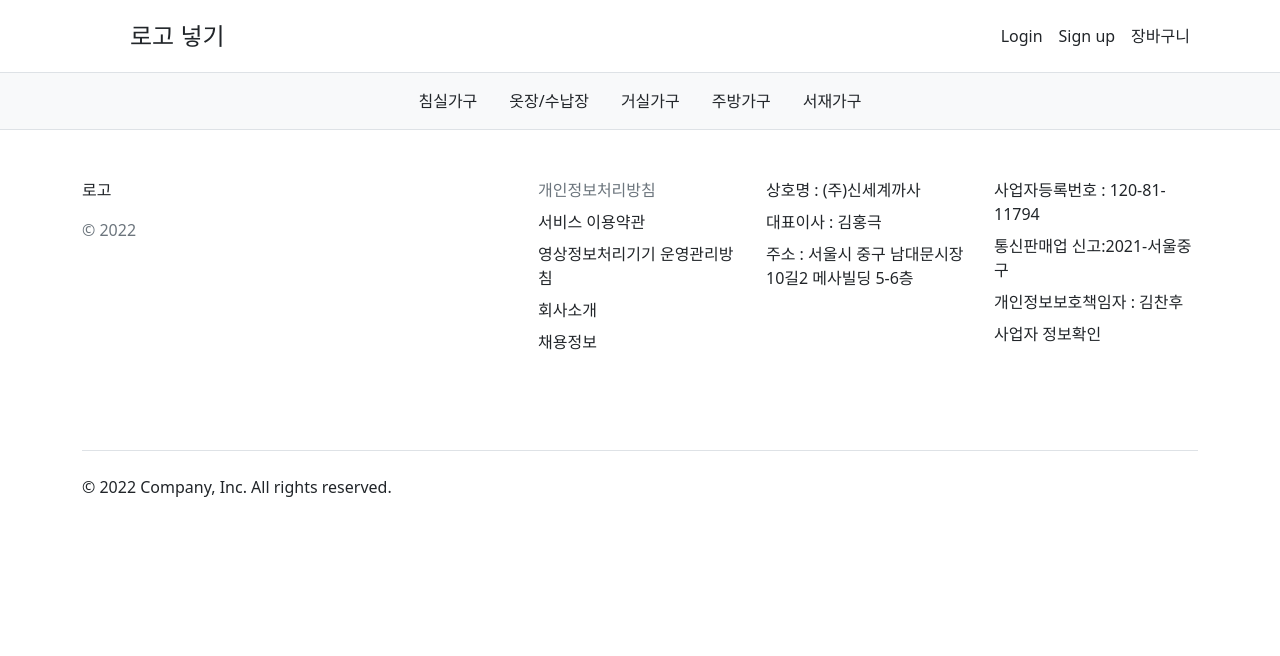
Repository: raoniee/Elice-House-Project
Page: FE/views/pages/main/item-list.html
These files come from the project's save history. The page is drawn as it stood at one moment and after the next save; the edit follows.
The browser window is 1280 px wide. The pictures show the whole page.

Above is the page before, as saved 2023-07-06 13:15:23.

### FE/views/pages/main/item-list.html
<!DOCTYPE html>
<html lang="ko">
  <head>
    <meta charset="UTF-8" />
    <meta http-equiv="X-UA-Compatible" content="IE=edge" />
    <meta name="viewport" content="width=device-width, initial-scale=1.0" />
    <title>Elice-House</title>
    <link
      href="https://cdn.jsdelivr.net/npm/bootstrap@5.2.3/dist/css/bootstrap.min.css"
      rel="stylesheet"
      integrity="sha384-rbsA2VBKQhggwzxH7pPCaAqO46MgnOM80zW1RWuH61DGLwZJEdK2Kadq2F9CUG65"
      crossorigin="anonymous"
    />
    <script
      src="../../components/header/header.js"
      type="module"
      defer
    ></script>
    <script
      src="../../components/footer/footer.js"
      type="module"
      defer
    ></script>
    <script src="./item-list.js" type="module" defer></script>
  </head>
  <body>
    <header class="header">
      <!-- header template로 삽입 -->
    </header>

    <main>
      <div class="menu_bar">
        <!-- menu_bar template로 삽입 -->
      </div>
      <div class="item_list">
        <!-- item_list_card template로 삽입 -->
      </div>
    </main>

    <footer class="footer">
      <!-- footer template로 삽입 -->
    </footer>

    <script
      src="https://cdn.jsdelivr.net/npm/bootstrap@5.2.3/dist/js/bootstrap.bundle.min.js"
      integrity="sha384-kenU1KFdBIe4zVF0s0G1M5b4hcpxyD9F7jL+jjXkk+Q2h455rYXK/7HAuoJl+0I4"
      crossorigin="anonymous"
    ></script>
  </body>
</html>

### FE/views/components/header/header.js
export const drawHeader = () => {
  let headerTemplate = `
  <div class="py-3 border-bottom">
      <div class="container d-flex flex-wrap justify-content-center">
        <a
          href="/"
          class="d-flex align-items-center mb-3 mb-lg-0 me-lg-auto text-dark text-decoration-none"
        >
          <svg class="bi me-2" width="40" height="32">
            <use xlink:href="#bootstrap" />
          </svg>
          <span class="fs-4">로고 넣기</span>
        </a>
        <ul class="nav">
          <li class="nav-item">
            <a href="" class="nav-link link-dark px-2">Login</a>
          </li>
          <li class="nav-item">
            <a href="" class="nav-link link-dark px-2">Sign up</a>
          </li>
          <li class="nav-item">
            <a href="" class="nav-link link-dark px-2">장바구니</a>
          </li>
        </ul>
      </div>
    </div>
    <nav class="py-2 bg-light border-bottom">
      <div class="container">
        <ul class="nav justify-content-center nav-pills">
          <li class="nav-item">
            <div class="dropdown text-end">
              <a
                href="#"
                class="d-block link-dark text-decoration-none nav-link"
                data-bs-toggle="dropdown"
                aria-expanded="false"
                >침실가구
              </a>
              <ul class="dropdown-menu text-small">
                <li><a class="dropdown-item" href="#">침대</a></li>
                <li><a class="dropdown-item" href="#">매트리스/토퍼</a></li>
                <li><a class="dropdown-item" href="#">화장대/콘솔/거울</a></li>
                <li><a class="dropdown-item" href="#">서랍장/협탁</a></li>
              </ul>
            </div>
          </li>
          <li class="nav-item">
            <div class="dropdown text-end">
              <a
                href="#"
                class="d-block link-dark text-decoration-none nav-link"
                data-bs-toggle="dropdown"
                aria-expanded="false"
                >옷장/수납장
              </a>
              <ul class="dropdown-menu text-small">
                <li><a class="dropdown-item" href="#">옷장/붙박이장</a></li>
                <li><a class="dropdown-item" href="#">드레스룸/행거</a></li>
              </ul>
            </div>
          </li>
          <li class="nav-item">
            <div class="dropdown text-end">
              <a
                href="#"
                class="d-block link-dark text-decoration-none nav-link"
                data-bs-toggle="dropdown"
                aria-expanded="false"
                >거실가구
              </a>
              <ul class="dropdown-menu text-small">
                <li><a class="dropdown-item" href="#">소파</a></li>
                <li><a class="dropdown-item" href="#">거실테이블</a></li>
                <li><a class="dropdown-item" href="#">거실장</a></li>
              </ul>
            </div>
          </li>
          <li class="nav-item">
            <div class="dropdown text-end">
              <a
                href="#"
                class="d-block link-dark text-decoration-none nav-link"
                data-bs-toggle="dropdown"
                aria-expanded="false"
                >주방가구
              </a>
              <ul class="dropdown-menu text-small">
                <li><a class="dropdown-item" href="#">식탁/테이블</a></li>
                <li><a class="dropdown-item" href="#">홈바/아일랜드식탁</a></li>
                <li><a class="dropdown-item" href="#">식탁세트</a></li>
              </ul>
            </div>
          </li>
          <li class="nav-item">
            <div class="dropdown text-end">
              <a
                href="#"
                class="d-block link-dark text-decoration-none nav-link"
                data-bs-toggle="dropdown"
                aria-expanded="false"
                >서재가구
              </a>
              <ul class="dropdown-menu text-small">
                <li><a class="dropdown-item" href="#">책상/책장/ACC</a></li>
                <li><a class="dropdown-item" href="#">서재의자</a></li>
              </ul>
            </div>
          </li>
        </ul>
      </div>
    </nav>
    `;
  // .header 부분에 header.html을 삽입
  const headerTag = document.querySelector(".header");
  headerTag.innerHTML = headerTemplate;
};

### FE/views/components/footer/footer.js
export const drawFooter = () => {
  let footerTemplate = `
        <div class="container">
      <div class="row py-5">
        <div class="col mb-3">
          <a
            href="/"
            class="d-flex align-items-center mb-3 link-dark text-decoration-none"
          >
            로고
          </a>
          <p class="text-muted">&copy; 2022</p>
        </div>

        <div class="col mb-3"></div>

        <div class="col mb-3">
          <ul class="nav flex-column">
            <li class="nav-item mb-2 text-muted">개인정보처리방침</li>
            <li class="nav-item mb-2">서비스 이용약관</li>
            <li class="nav-item mb-2">영상정보처리기기 운영관리방침</li>
            <li class="nav-item mb-2">회사소개</li>
            <li class="nav-item mb-2">채용정보</li>
          </ul>
        </div>

        <div class="col mb-3">
          <ul class="nav flex-column">
            <li class="nav-item mb-2">상호명 : (주)신세계까사</li>
            <li class="nav-item mb-2">대표이사 : 김홍극</li>
            <li class="nav-item mb-2">
              주소 : 서울시 중구 남대문시장10길2 메사빌딩 5-6층
            </li>
          </ul>
        </div>

        <div class="col mb-3">
          <ul class="nav flex-column">
            <li class="nav-item mb-2">사업자등록번호 : 120-81-11794</li>
            <li class="nav-item mb-2">통신판매업 신고:2021-서울중구</li>
            <li class="nav-item mb-2">개인정보보호책임자 : 김찬후</li>
            <li class="nav-item mb-2">사업자 정보확인</li>
          </ul>
        </div>
      </div>
      <div
        class="d-flex flex-column flex-sm-row justify-content-between py-4 my-4 border-top"
      >
        <p>&copy; 2022 Company, Inc. All rights reserved.</p>
        <ul class="list-unstyled d-flex">
          <li class="ms-3">
            <a class="link-dark" href="#"
              ><svg class="bi" width="24" height="24">
                <use xlink:href="#twitter" /></svg
            ></a>
          </li>
          <li class="ms-3">
            <a class="link-dark" href="#"
              ><svg class="bi" width="24" height="24">
                <use xlink:href="#instagram" /></svg
            ></a>
          </li>
          <li class="ms-3">
            <a class="link-dark" href="#"
              ><svg class="bi" width="24" height="24">
                <use xlink:href="#facebook" /></svg
            ></a>
          </li>
        </ul>
      </div>
    </div>
    `;
  // .footer 부분에 footer.html을 삽입
  const footerTag = document.querySelector(".footer");
  footerTag.innerHTML = footerTemplate;
};

### FE/views/pages/main/item-list.js
import { drawHeader } from "../../components/header/header.js";
import { drawFooter } from "../../components/footer/footer.js";

// Header, Footer 템플릿 삽입
drawHeader();
drawFooter();

After the next save:
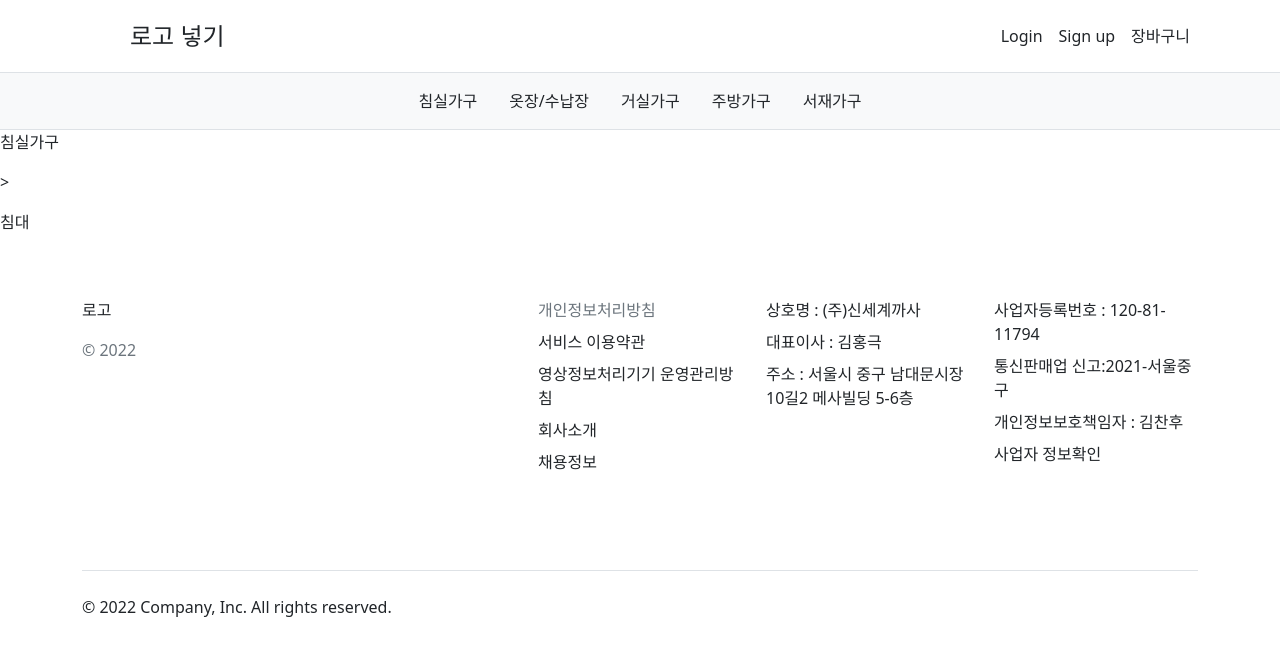
Saved 35 s later.
--- a/FE/views/pages/main/item-list.html
+++ b/FE/views/pages/main/item-list.html
@@ -30,6 +30,9 @@
 
     <main>
       <div class="menu_bar">
+        <p class="menu-depth1">침실가구</p>
+        <p class="arrow">></p>
+        <p class="menu-depth2">침대</p>
         <!-- menu_bar template로 삽입 -->
       </div>
       <div class="item_list">
